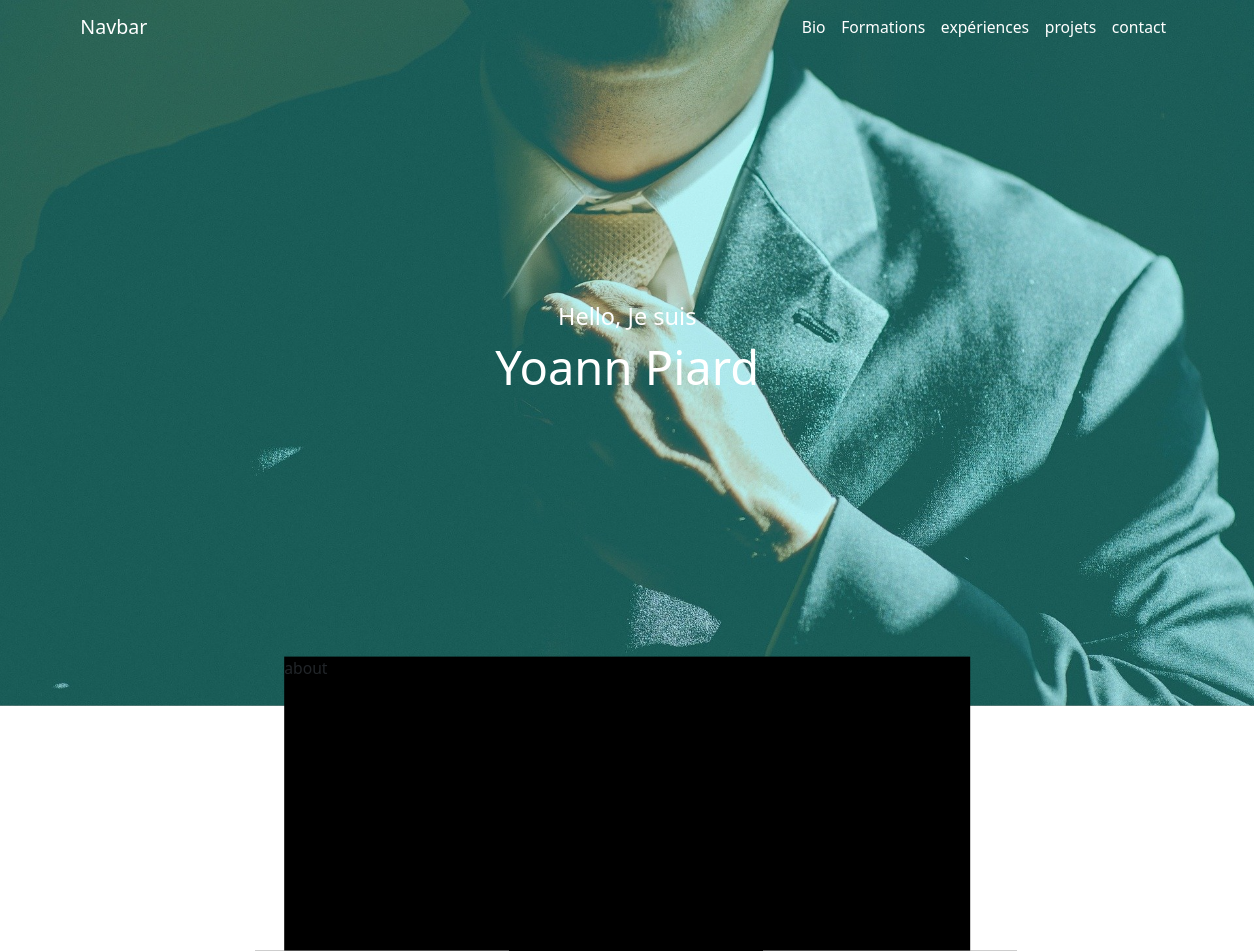
Repository: ypiard85/port-folio-bootstrap-yoann-2021
Page: index.html
The author's editor kept a copy of each file at every save. The page is drawn from the files as they stood at one save, then again after the next save.
The browser window is 1280 px wide. The pictures show the whole page, at 98% of full size.

Above is the page before, as saved 2021-03-09 12:41:43.

After the next save:
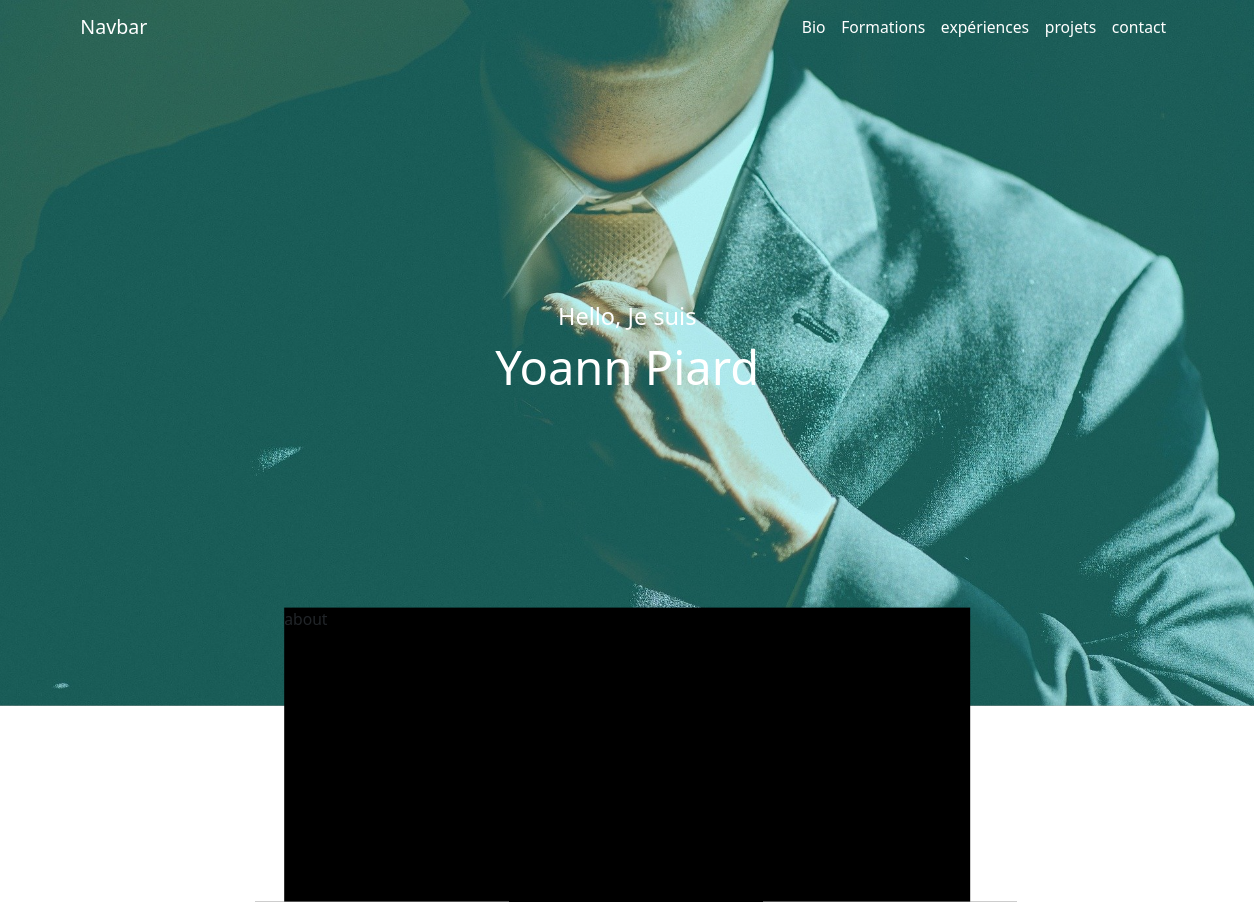
Saved 9 s later.
--- a/resource/style.css
+++ b/resource/style.css
@@ -26,5 +26,5 @@ header h1{
     margin: auto;
     background-color: black;
     height: 300px;
-    margin-top: -50px;
+    margin-top: -100px;
 }
